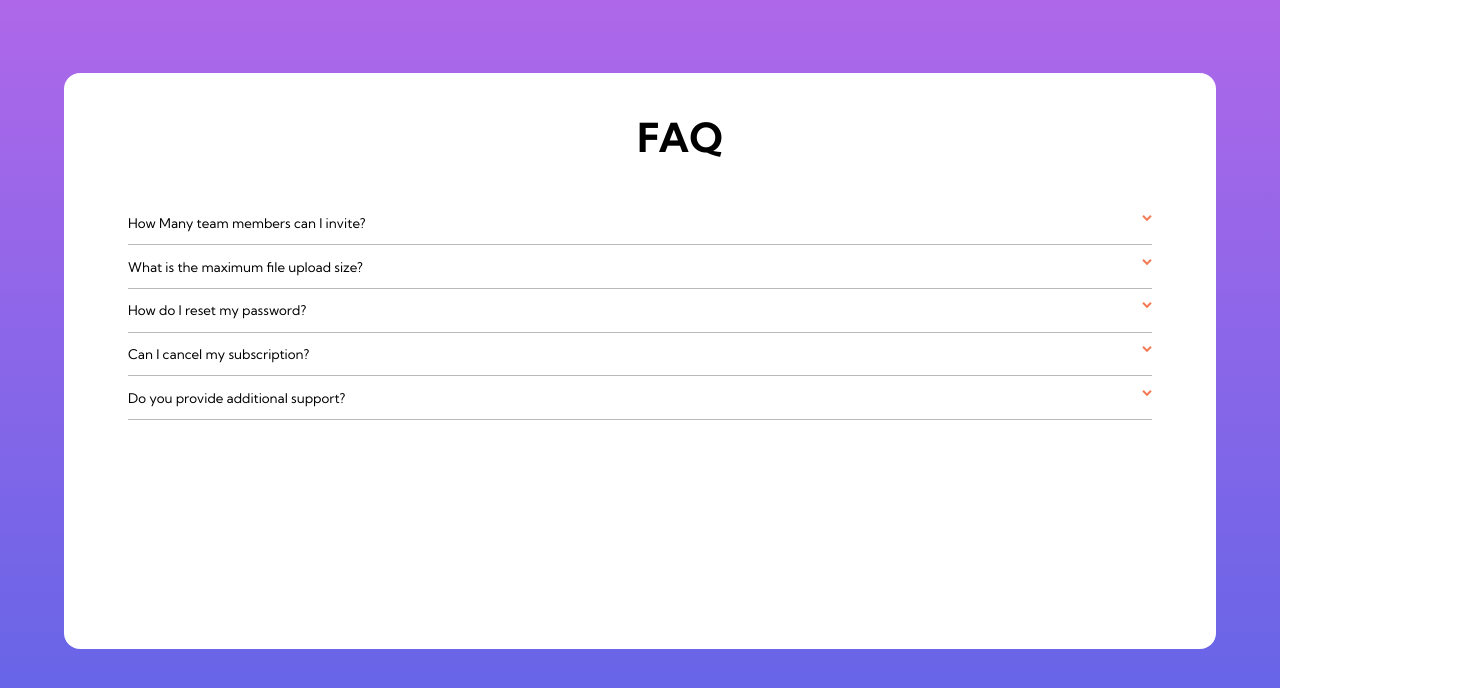
Repository: ryanwilll/ProjetoFAQ
Page: index.html
An editor plug-in stored every save of this project. The page is shown before and after the next save, followed by the edit.
The browser window is 1280 px wide. The page is 1280 px wide, then 1472 px, so the pictures cover 1472 px, including what lies to the right of the window. The pictures show the whole page.

Above is the page before, as saved 2022-10-27 20:11:46.

After the next save:
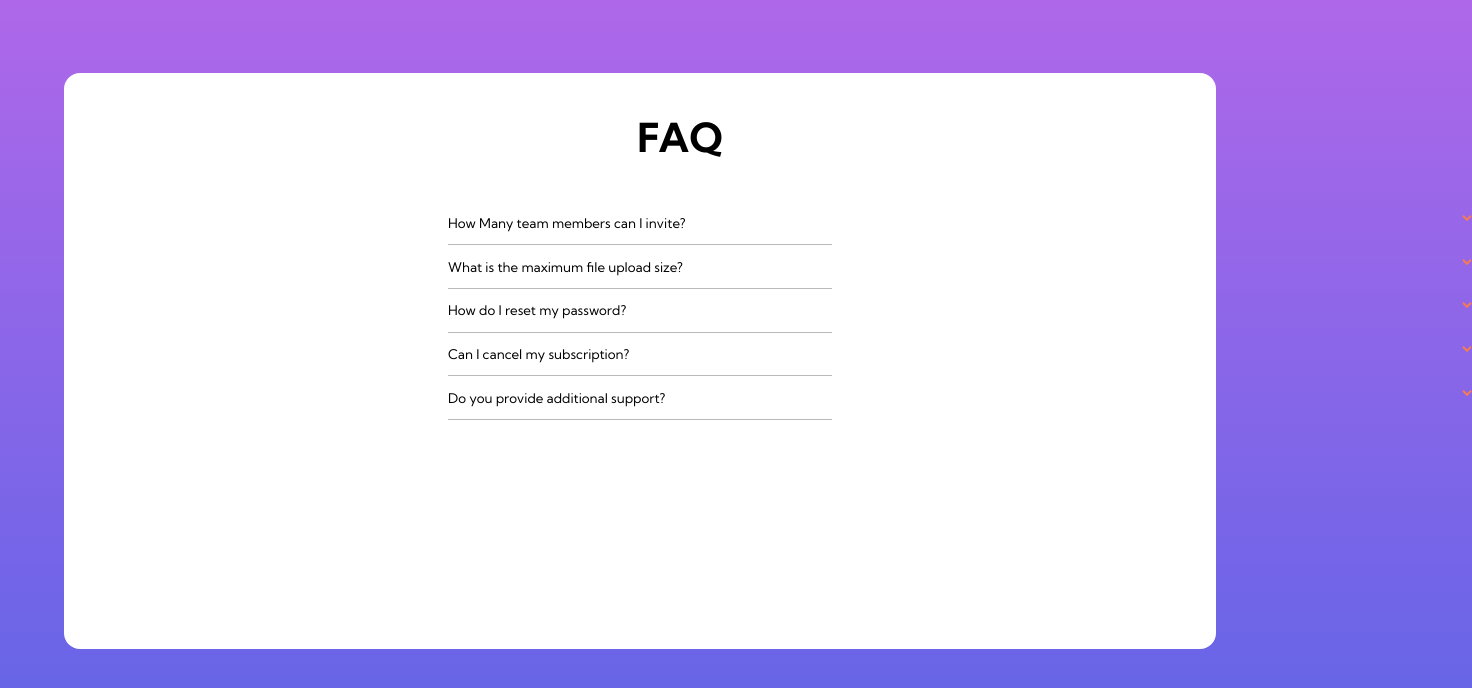
Saved 7 s later.
--- a/css/allmedia.css
+++ b/css/allmedia.css
@@ -145,7 +145,7 @@
   }
   .card-white .faq-menu .text {
     border-bottom: 1px solid rgb(187, 186, 186);
-    width: 80vw;
+    width: 30vw;
     margin: auto;
   }
 }
